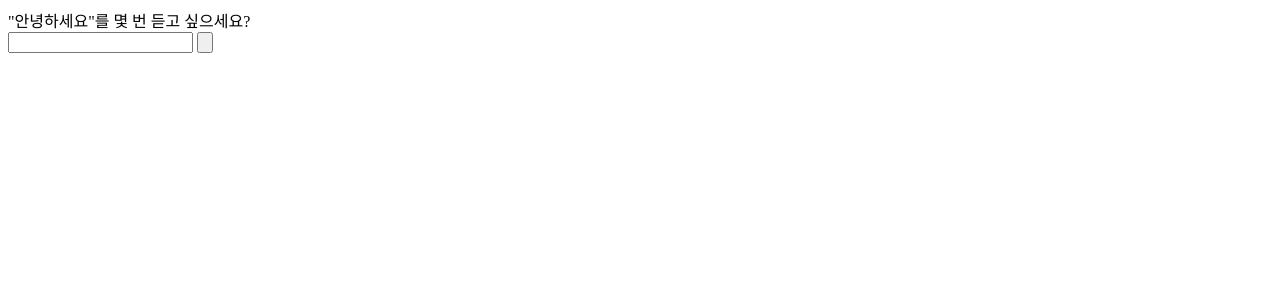
Repository: yunBibi/newlecture_jsp
Page: JSPPrj/src/main/webapp/reg.html
The author's editor kept a copy of each file at every save. The page is drawn from the files as they stood at one save, then again after the next save.
The browser window is 1280 px wide. The pictures show the whole page.

Above is the page before, as saved 2021-11-28 06:56:22.

After the next save:
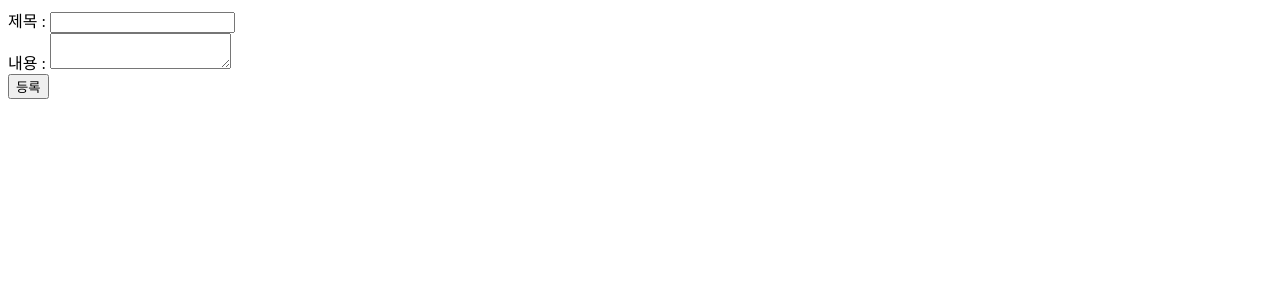
Saved 94 min 46 s later.
--- a/JSPPrj/src/main/webapp/reg.html
+++ b/JSPPrj/src/main/webapp/reg.html
@@ -6,13 +6,16 @@
 </head>
 <body>
 	<div>
-	<form action="hi">    <!-- hi : 서블릿 맵핑 주소 -->
+	<form action="notice-reg">    <!-- hi : 서블릿 맵핑 주소 -->
 		<div>
-			<label>"안녕하세요"를 몇 번 듣고 싶으세요? </label>
+			<label>제목 : </label><input type="text" name="title" type="text"/>
 		</div>
 		<div>
-			<input type="text" name="cnt" />
-			<input type="submit" value="" />
+			<label>내용 : </label>
+			<textarea name="content"></textarea>
+		</div>
+		<div>
+			<input type="submit" value="등록" />
 		</div>
 	</form>
 	</div>
